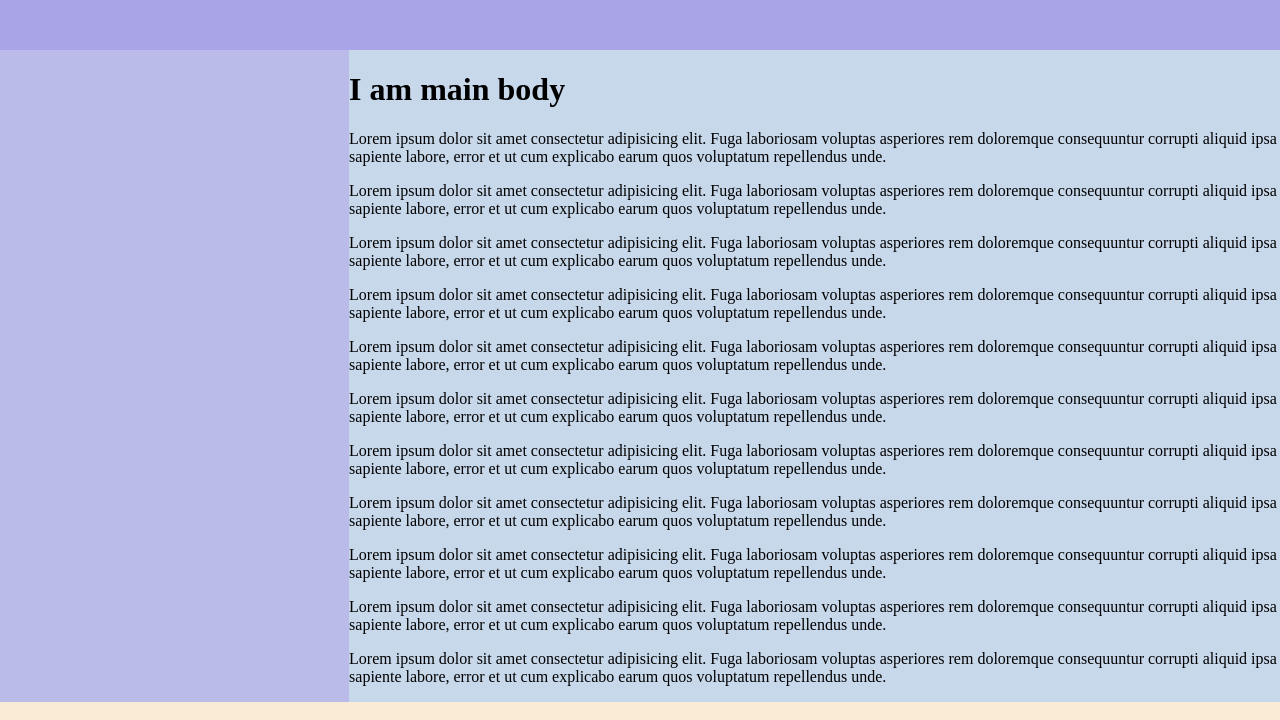
Repository: purnimapatel/fish-world
Page: index.html
These files come from the project's save history. The page is drawn as it stood at one moment and after the next save; the edit follows.
The browser window is 1280 px wide. The pictures show the whole page.
An inner scrolling area shows only its first screen.

Above is the page before, as saved 2024-08-25 11:26:58.

### index.html
<!DOCTYPE html>
<html lang="en">
<head>
    <meta charset="UTF-8">
    <meta name="viewport" content="width=device-width, initial-scale=1.0">
    <title>Document</title>
    <link  rel = "stylesheet" type = "text/css" href = "style.css"/>

    <!-- <link rel="stylesheet" type="text/css" href="styles.css"> -->

</head>
<body>
    <div class=" container">
        <div class = "navbar"></div>
        <div class="lower">
        <div class ="leftPanel">
        </div>
        <div class = "mainBody">
            <h1>I am main body</h1>
            <p>Lorem ipsum dolor sit amet consectetur adipisicing elit. Fuga laboriosam voluptas asperiores rem doloremque consequuntur corrupti aliquid ipsa sapiente labore, error et ut cum explicabo earum quos voluptatum repellendus unde.</p>
            <p>Lorem ipsum dolor sit amet consectetur adipisicing elit. Fuga laboriosam voluptas asperiores rem doloremque consequuntur corrupti aliquid ipsa sapiente labore, error et ut cum explicabo earum quos voluptatum repellendus unde.</p>
            <p>Lorem ipsum dolor sit amet consectetur adipisicing elit. Fuga laboriosam voluptas asperiores rem doloremque consequuntur corrupti aliquid ipsa sapiente labore, error et ut cum explicabo earum quos voluptatum repellendus unde.</p>
            <p>Lorem ipsum dolor sit amet consectetur adipisicing elit. Fuga laboriosam voluptas asperiores rem doloremque consequuntur corrupti aliquid ipsa sapiente labore, error et ut cum explicabo earum quos voluptatum repellendus unde.</p>
            <p>Lorem ipsum dolor sit amet consectetur adipisicing elit. Fuga laboriosam voluptas asperiores rem doloremque consequuntur corrupti aliquid ipsa sapiente labore, error et ut cum explicabo earum quos voluptatum repellendus unde.</p>
            <p>Lorem ipsum dolor sit amet consectetur adipisicing elit. Fuga laboriosam voluptas asperiores rem doloremque consequuntur corrupti aliquid ipsa sapiente labore, error et ut cum explicabo earum quos voluptatum repellendus unde.</p>
            <p>Lorem ipsum dolor sit amet consectetur adipisicing elit. Fuga laboriosam voluptas asperiores rem doloremque consequuntur corrupti aliquid ipsa sapiente labore, error et ut cum explicabo earum quos voluptatum repellendus unde.</p>
            <p>Lorem ipsum dolor sit amet consectetur adipisicing elit. Fuga laboriosam voluptas asperiores rem doloremque consequuntur corrupti aliquid ipsa sapiente labore, error et ut cum explicabo earum quos voluptatum repellendus unde.</p>
            <p>Lorem ipsum dolor sit amet consectetur adipisicing elit. Fuga laboriosam voluptas asperiores rem doloremque consequuntur corrupti aliquid ipsa sapiente labore, error et ut cum explicabo earum quos voluptatum repellendus unde.</p>
            <p>Lorem ipsum dolor sit amet consectetur adipisicing elit. Fuga laboriosam voluptas asperiores rem doloremque consequuntur corrupti aliquid ipsa sapiente labore, error et ut cum explicabo earum quos voluptatum repellendus unde.</p>
            <p>Lorem ipsum dolor sit amet consectetur adipisicing elit. Fuga laboriosam voluptas asperiores rem doloremque consequuntur corrupti aliquid ipsa sapiente labore, error et ut cum explicabo earum quos voluptatum repellendus unde.</p>
            <img  id = "img1"src = "\img\image1.jpg">


        </div>
    </div>
    </div>

</body>
</html>

### style.css
body{
   margin: 0;
   padding:0;
   display: flex;
   height:100vh;
   align-items: center;
   justify-content: center;
}
.container{
    height: 100vh;
    width:100vw;
    background-color:antiquewhite;

}
.navbar{
    width:100vw;
    height:50px;
    background-color:rgb(169, 164, 231);
    margin-bottom: 0;

}
.lower{
    display: flex;
}
.leftPanel{
    margin-top: 0px;
    width:30%;
    height:90.5vh;
    background-color:rgb(186, 187, 233);
}
.mainBody{
    background-color:rgb(200, 216, 235);
    height: 90.5vh;
    width:80%;
    overflow: scroll;

}
#img1{
    height: 200px;
    width:200px;
}

After the next save:
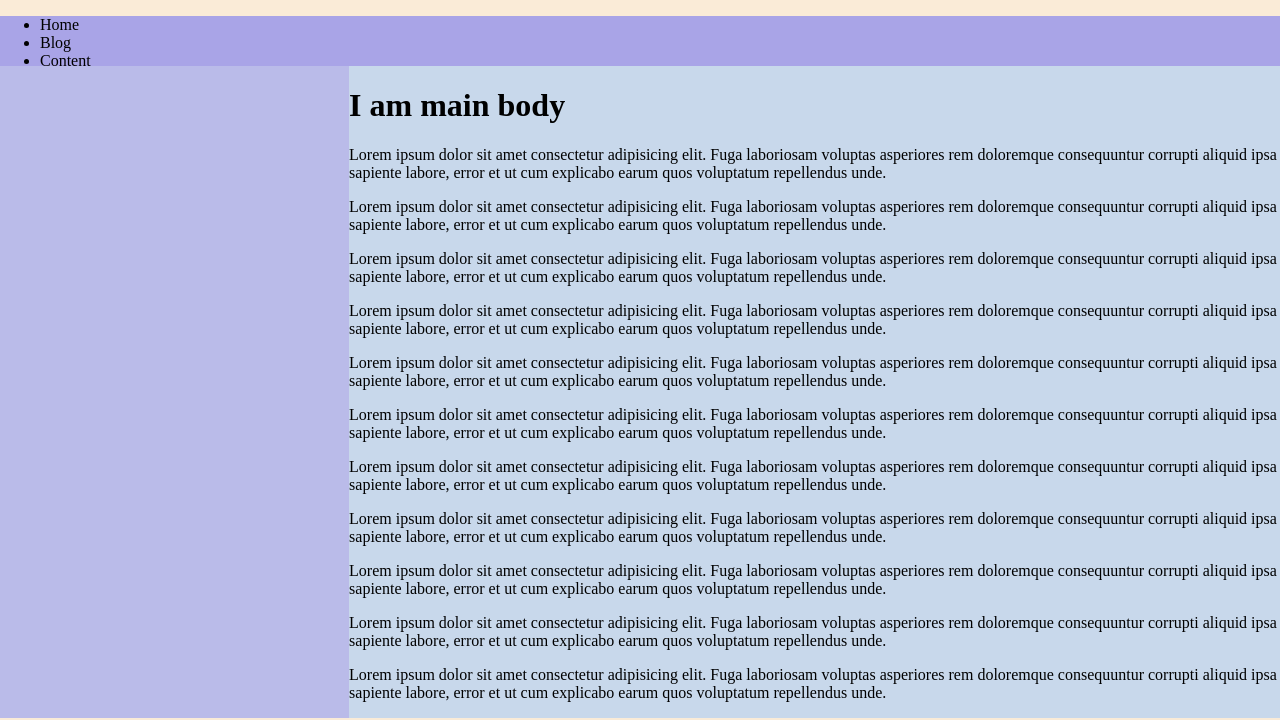
Saved 2 min 49 s later.
--- a/index.html
+++ b/index.html
@@ -11,7 +11,14 @@
 </head>
 <body>
     <div class=" container">
-        <div class = "navbar"></div>
+        <div class = "navbar">
+            <ul>
+                <li>Home</li>
+                <li>Blog</li>
+                <li>Content</li>
+                <li>Contact</li>
+            </ul>
+        </div>
         <div class="lower">
         <div class ="leftPanel">
         </div>

After the 2 saves that followed:
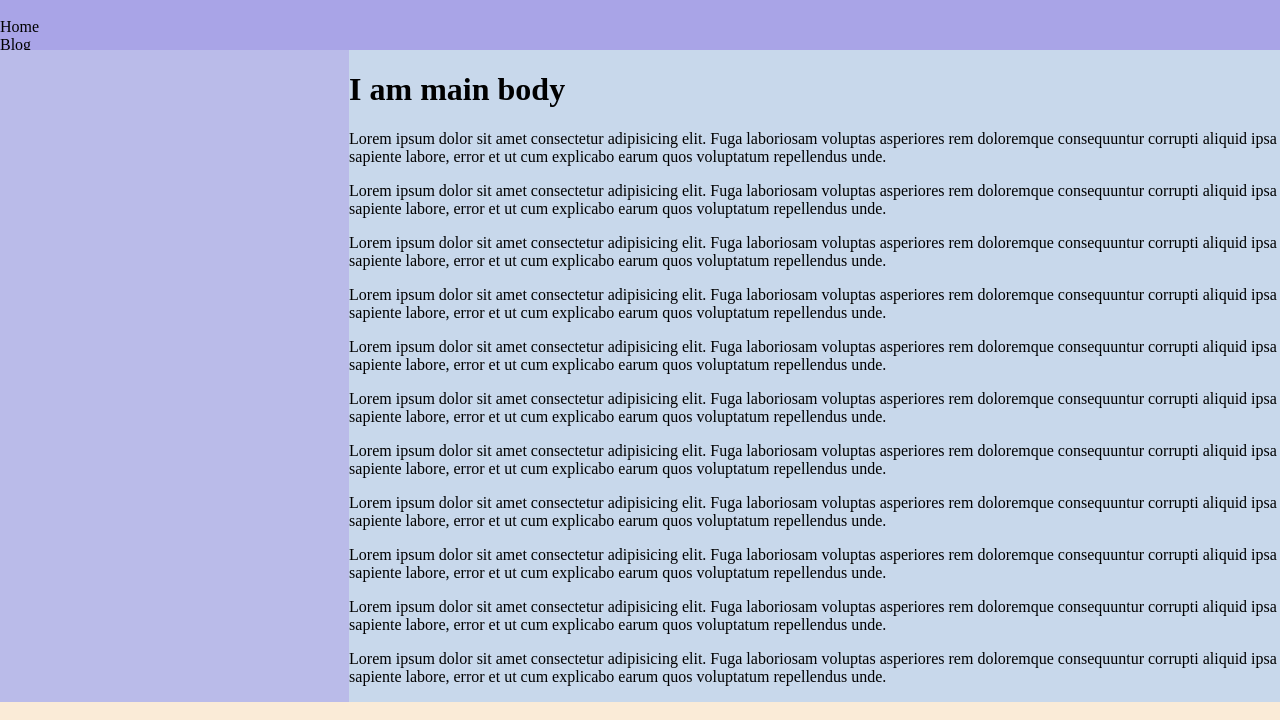
The 2 saves are shown as one change because 1 left the picture as it was.
The last was saved 49 s later.
--- a/index.html
+++ b/index.html
@@ -12,7 +12,7 @@
 <body>
     <div class=" container">
         <div class = "navbar">
-            <ul>
+            <ul id="list">
                 <li>Home</li>
                 <li>Blog</li>
                 <li>Content</li>
--- a/style.css
+++ b/style.css
@@ -39,3 +39,6 @@ body{
     height: 200px;
     width:200px;
 }
+#list{
+    display: inline;
+}
